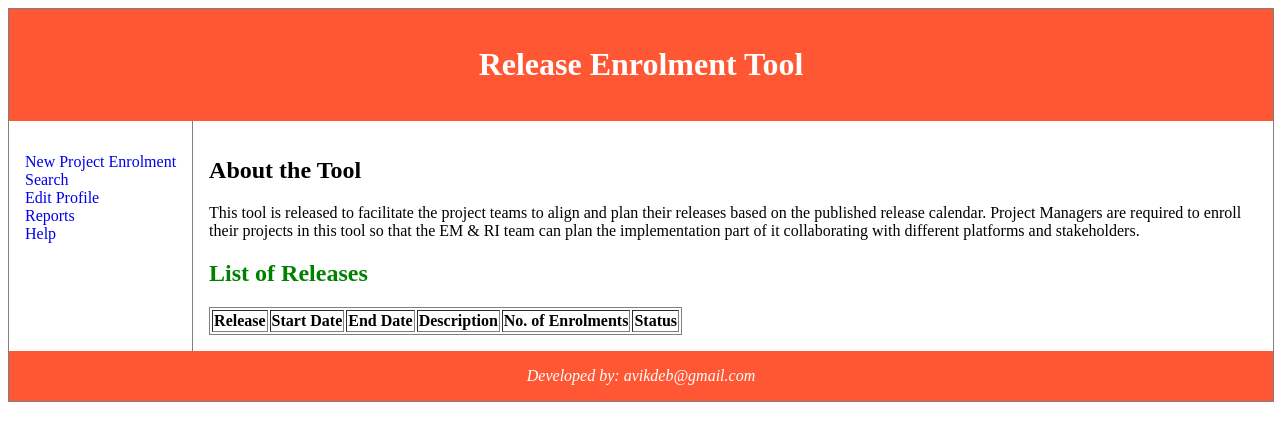
Repository: guribrar/enrolmentapp
Page: http://localhost/enrolmentapp/testlogin.jsp
The author's editor kept a copy of each file at every save. The page is drawn from the files as they stood at one save, then again after the next save.
The browser window is 1280 px wide. The pictures show the whole page.
The page is served by Tomcat 9. Queries for data that is not in the repository find no rows.

Above is the page before, as saved 2016-12-31 16:08:26.

After the next save:
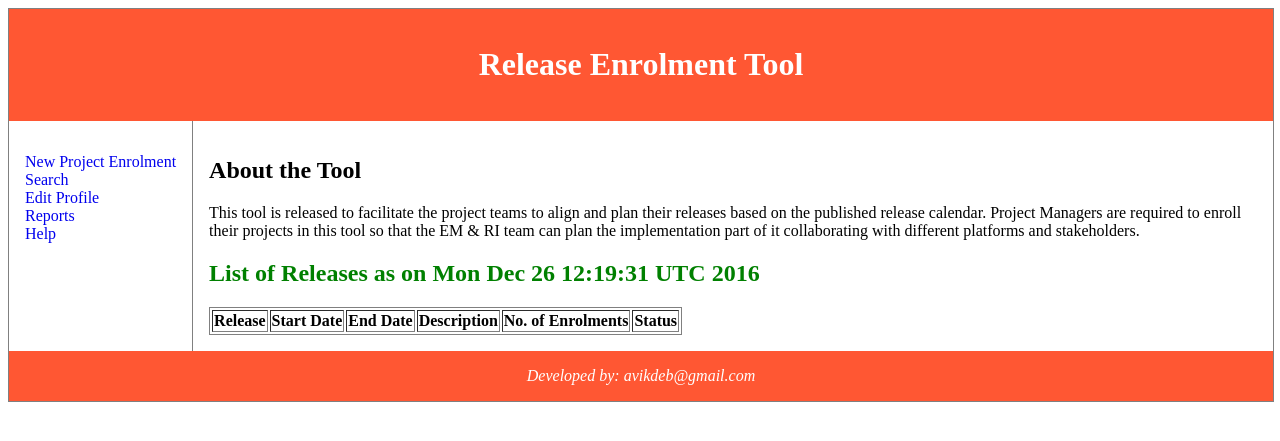
Saved 2 min 8 s later.
--- a/enrolmentapp/WebContent/testlogin.jsp
+++ b/enrolmentapp/WebContent/testlogin.jsp
@@ -1,3 +1,4 @@
+<%@page import="java.util.Date"%>
 <%@ page language="java" contentType="text/html; charset=ISO-8859-1"
     pageEncoding="ISO-8859-1"%>
 
@@ -75,7 +76,7 @@ article {
   Project Managers are required to enroll their projects in this tool so that the EM & RI team can plan the implementation part of it
   collaborating with different platforms and stakeholders.
 
-  <h1><font color="green">List of Releases</font></h1>
+  <h1><font color="green">List of Releases as on <%= new Date() %></font></h1>
 
   <table frame="box" border="1">
 
